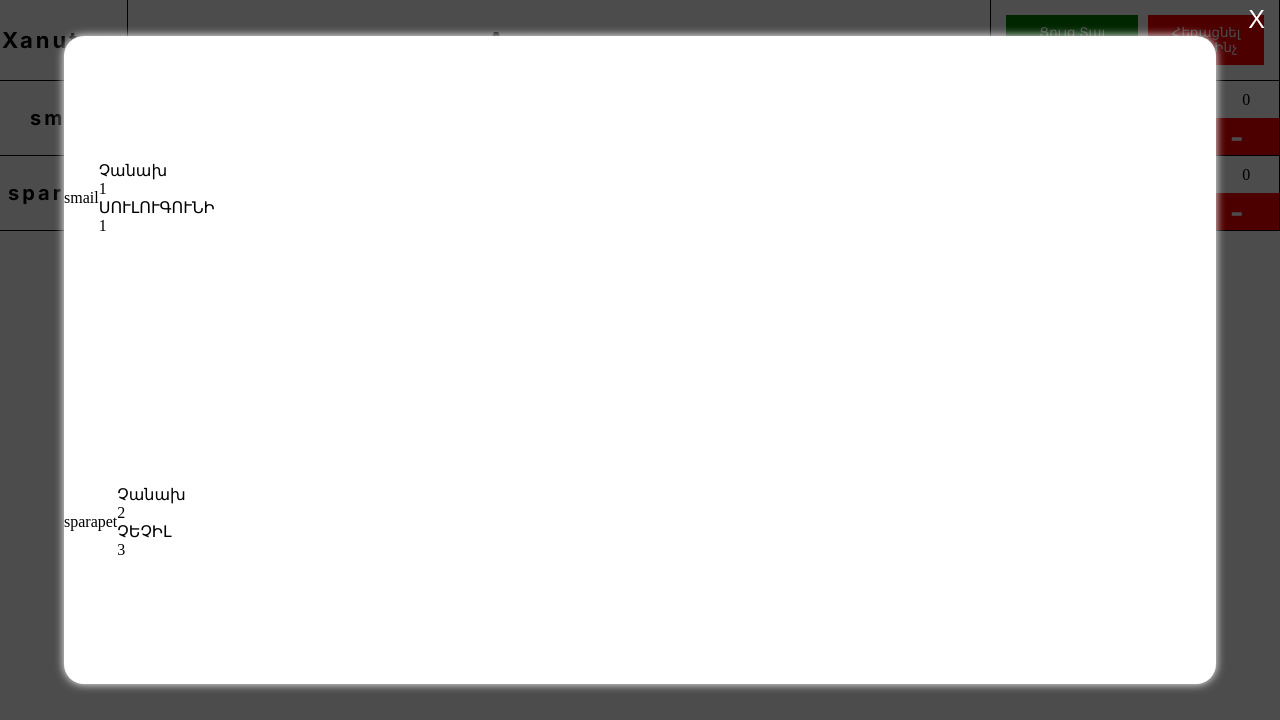
Repository: AbApin/amasia
Page: /
These files come from the project's save history. The page is drawn as it stood at one moment and after the next save; the edit follows.
The browser window is 1280 px wide. The pictures show the whole page.
The project was rebuilt for these pictures with package versions that can differ from the ones it lists, and the page was loaded fresh each time. Also part of the build but not shown: vue.config.js.

Above is the page before, as saved 2023-01-28 17:14:16.

### public/index.html
<!DOCTYPE html>
<html lang="">
  <head>
    <meta charset="utf-8" />
    <meta http-equiv="X-UA-Compatible" content="IE=edge" />
    <meta name="viewport" content="width=device-width,initial-scale=1.0" />
    <link rel="icon" href="<%= BASE_URL %>favicon.ico" />
    <title><%= htmlWebpackPlugin.options.title %></title>
    <link
      href="https://fonts.googleapis.com/css?family=Inter:100,200,300,regular,500,600,700,800,900"
      rel="stylesheet"
    />
  </head>
  <body>
    <noscript>
      <strong
        >We're sorry but <%= htmlWebpackPlugin.options.title %> doesn't work properly without
        JavaScript enabled. Please enable it to continue.</strong
      >
    </noscript>
    <div id="app"></div>
    <!-- built files will be auto injected -->
  </body>
</html>

### src/App.vue
<template>
  <div id="app">
    <div class="header">
      <h2 class="xanutnerTitle">Xanutner</h2>
      <h2 class="apranqnerTitle">Apranqner</h2>
      <div class="cuycTal">
        <button class="cuycTalBtn" @click="isClick = true">ցույց տալ ընդհանուրը</button>
        <button class="heracnelBtn">հեռացնել ամեն ինչ</button>
      </div>
      <div v-show="isClick" class="endhanurQanak">
        <button @click="isClick = false" class="closeBtn">X</button>
        <div class="endhanurQanakInner">
          <ul class="endhanurQanakiList">
            <li
              v-for="xanutiAnun in Object.keys(ZAKAZNER)"
              :key="xanutiAnun"
              class="endhanurQanakiListItem"
            >
              <p class="">{{ xanutiAnun }}</p>
              <ul class="endhanurApranqneriList">
                <li
                  v-for="endhanurApranq in ZAKAZNER[xanutiAnun]"
                  :key="endhanurApranq.anun"
                  class="endhanurApranqneriListItem"
                >
                  <p class="endhanurApranqneriListItemAnun">{{ endhanurApranq.anun }}</p>
                  <p class="endhanurApranqneriListItemQanak">{{ endhanurApranq.qanak }}</p>
                </li>
              </ul>
            </li>
          </ul>
        </div>
      </div>
    </div>
    <div class="content">
      <ul class="contentList">
        <li v-for="xanutiAnun in Object.keys(XANUTNER)" :key="xanutiAnun" class="contentItem">
          <p class="xanutiAnun">{{ xanutiAnun }}</p>
          <ul class="apranqneriList">
            <li
              v-for="(apranq, apranqiHamar) in XANUTNER[xanutiAnun]"
              :key="apranqiHamar"
              class="apranqneriListItem"
            >
              <div class="apranqiText">
                <p class="apranqiAnun">{{ apranq.anun }}</p>
                <p class="apranqiQanak">{{ apranq.qanak }}</p>
              </div>
              <div class="apranqiAvelPakas">
                <button class="plus apranqiBtn" @click="AVELACNEL({ xanutiAnun, apranqiHamar })">
                  +
                </button>
                <button class="minus apranqiBtn" @click="PAKASACNEL({ xanutiAnun, apranqiHamar })">
                  -
                </button>
              </div>
            </li>
          </ul>
        </li>
      </ul>
    </div>
  </div>
</template>

<script>
import { mapGetters, mapMutations } from 'vuex';
export default {
  name: 'App',
  components: {},
  data() {
    return {
      isClick: true,
    };
  },
  mounted() {
    console.log(this.ZAKAZNER);
  },
  methods: {
    ...mapMutations(['AVELACNEL', 'PAKASACNEL']),
  },
  computed: {
    ...mapGetters(['XANUTNER', 'ZAKAZNER']),
  },
};
</script>

<style>
*,
*::after,
*::before {
  margin: 0;
  padding: 0;
  box-sizing: border-box;
}
ul {
  list-style: none;
}
#app {
  display: flex;
  flex-direction: column;
  min-height: 100vh;
}
.header {
  display: flex;
  justify-content: space-between;
  width: 100%;
}
.xanutnerTitle {
  width: 10%;
  display: flex;
  align-items: center;
  justify-content: center;
  font-family: 'Inter';
  font-size: 22px;
  font-weight: 700;
  letter-spacing: 3px;
  padding: 20px 30px;
  border: 1px solid #000;
  border-top: 0;
  border-left: 0;
}
.apranqnerTitle {
  width: 75%;
  display: flex;
  align-items: center;
  justify-content: center;
  font-family: 'Inter';
  font-size: 22px;
  font-weight: 700;
  letter-spacing: 3px;
  padding: 20px 30px;
  border: 1px solid #000;
  border-top: 0;
  border-left: 0;
}
.contentList {
  display: flex;
  flex-direction: column;
}
.contentItem {
  display: flex;
  justify-content: space-between;
}
.xanutiAnun {
  display: flex;
  align-items: center;
  justify-content: center;
  width: 10%;
  font-family: 'Inter';
  font-size: 20px;
  font-weight: 700;
  letter-spacing: 3px;
  word-wrap: break-word;
  padding: 20px 30px;
  border: 1px solid #000;
  border-top: 0;
  border-left: 0;
}
.apranqneriList {
  width: 90%;
  display: flex;
  justify-content: space-between;
}
.apranqneriListItem {
  display: flex;
  flex-direction: column;
  flex: 1 1 0;
  border: 1px solid #000;
  border-top: 0;
  border-left: 0;
}
.apranqiText {
  display: flex;
  justify-content: space-between;
  align-items: center;
  height: 50%;
}
.apranqiAnun {
  font-family: 'Inter';
  font-size: 15px;
  font-weight: 500;
  word-wrap: break-word;
  text-align: center;
  width: 60%;
  border-right: 1px solid #000;
}
.apranqiQanak {
  display: flex;
  justify-content: center;
  align-items: center;
  width: 40%;
}
.apranqiAvelPakas {
  display: flex;
  justify-content: space-between;
  width: 100%;
  height: 50%;
}
.apranqiBtn {
  display: inline-flex;
  justify-content: center;
  align-items: center;
  font-family: 'Inter';
  font-size: 30px;
  font-weight: 700;
  letter-spacing: 3px;
  border: none;
  color: #fff;
  width: 50%;
  cursor: pointer;
}
.plus {
  background: green;
}
.minus {
  background: red;
}
.cuycTal {
  width: 25%;
  display: flex;
  align-items: center;
  justify-content: space-between;
  gap: 10px;
  padding: 15px;
  border: 1px solid #000;
  border-left: 0;
  border-top: 0;
}
.heracnelBtn,
.cuycTalBtn {
  display: inline-block;
  padding: 10px;
  border: none;
  color: #fff;
  text-transform: capitalize;
  cursor: pointer;
  transition: all 0.3s linear;
}
.heracnelBtn {
  background: red;
}
.cuycTalBtn {
  background: green;
}

/* endahnur */
.endhanurQanak {
  display: flex;
  justify-content: center;
  align-items: center;
  position: fixed;
  z-index: 999;
  top: 0;
  left: 0;
  width: 100%;
  height: 100%;
  background-color: rgba(0, 0, 0, 0.7);
}
.endhanurQanakInner {
  width: 90%;
  height: 90%;
  background: #fff;
  box-shadow: 0 0 10px #fff;
  border-radius: 20px;
  overflow: auto;
}
.endhanurQanakiList {
  display: flex;
  flex-direction: column;
  justify-content: space-between;
  height: 100%;
}
.endhanurQanakiListItem {
  display: flex;
  align-items: center;
  flex: 1 1 0;
}
.closeBtn {
  display: inline-block;
  color: #fff;
  font-size: 25px;
  position: absolute;
  right: 15px;
  top: 5px;
  background: transparent;
  border: none;
  cursor: pointer;
}
</style>

### src/store/index.js
import Vuex from 'vuex';
import Vue from 'vue';

Vue.use(Vuex);

const store = new Vuex.Store({
  state: {
    xanutner: {
      smail: [
        { anun: 'ԼՈՌԻ', qanak: 0 },
        { anun: 'Չանախ', qanak: 1 },
        { anun: 'ՉԵՉԻԼ', qanak: 0 },
        { anun: 'ՍՈՒԼՈՒԳՈՒՆԻ', qanak: 1 },
        { anun: 'lori', qanak: 0 },
        { anun: 'chanax', qanak: 0 },
        { anun: 'ԿԱՐԱԳ', qanak: 0 },
      ],
      sparapet: [
        { anun: 'ԼՈՌԻ', qanak: 0 },
        { anun: 'Չանախ', qanak: 2 },
        { anun: 'ՉԵՉԻԼ', qanak: 3 },
        { anun: 'ՍՈՒԼՈՒԳՈՒՆԻ', qanak: 0 },
        { anun: 'lori', qanak: 0 },
        { anun: 'chanax', qanak: 0 },
        { anun: 'ԿԱՐԱԳ', qanak: 0 },
      ],
    },
  },
  mutations: {
    AVELACNEL(state, payload) {
      state.xanutner[payload.xanutiAnun][payload.apranqiHamar].qanak += 1;
    },
    PAKASACNEL(state, payload) {
      let qanak = state.xanutner[payload.xanutiAnun][payload.apranqiHamar].qanak;
      console.log(qanak);
      if (qanak >= 1) {
        state.xanutner[payload.xanutiAnun][payload.apranqiHamar].qanak -= 1;
      }
    },
  },
  getters: {
    XANUTNER(state) {
      return state.xanutner;
    },
    ZAKAZNER(state) {
      let zakazner = {};
      Object.keys(state.xanutner).forEach((xanut) => {
        zakazner[xanut] = state.xanutner[xanut].filter(function (el) {
          return el.qanak > 0;
        });
        if (zakazner[xanut].length === 0) {
          delete zakazner[xanut];
        }
      });

      return zakazner;
    },
  },
});

export default store;

Loaded but not shown: src/main.js (common file)

After the next save:
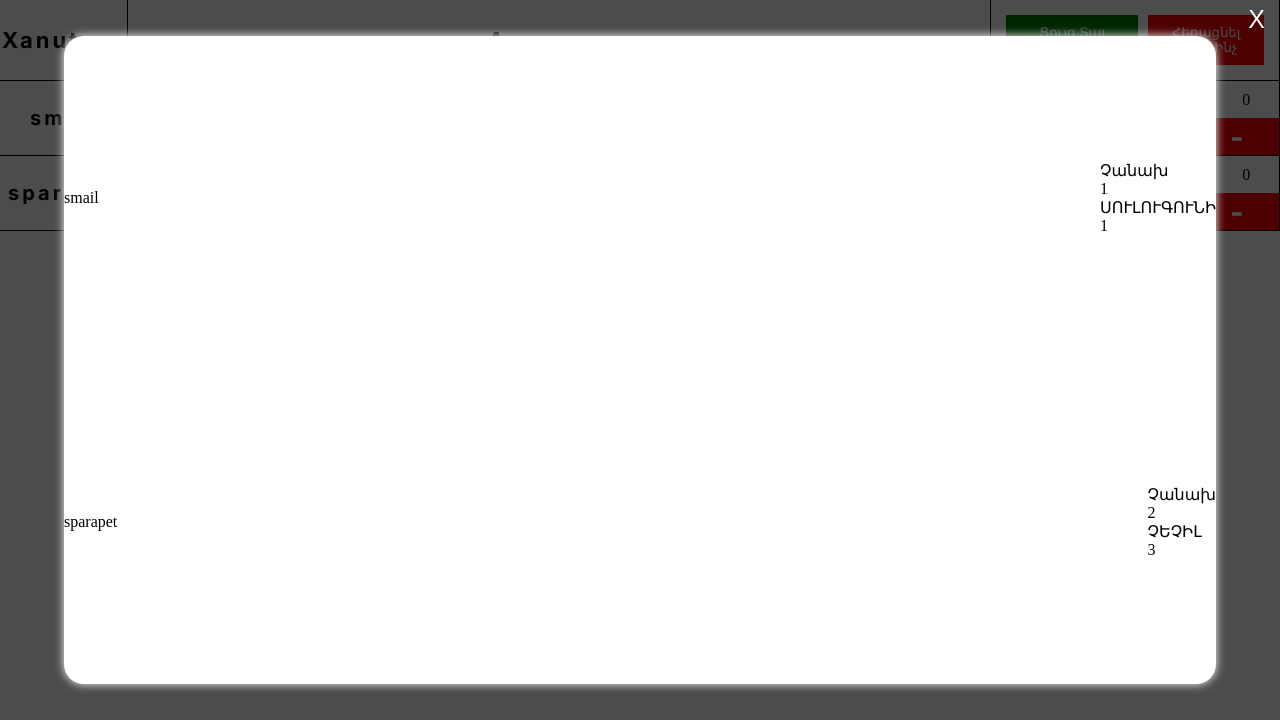
Saved 8 s later.
--- a/src/App.vue
+++ b/src/App.vue
@@ -16,7 +16,7 @@
               :key="xanutiAnun"
               class="endhanurQanakiListItem"
             >
-              <p class="">{{ xanutiAnun }}</p>
+              <p class="endhanurQanakiListItem">{{ xanutiAnun }}</p>
               <ul class="endhanurApranqneriList">
                 <li
                   v-for="endhanurApranq in ZAKAZNER[xanutiAnun]"

After the 2 saves that followed:
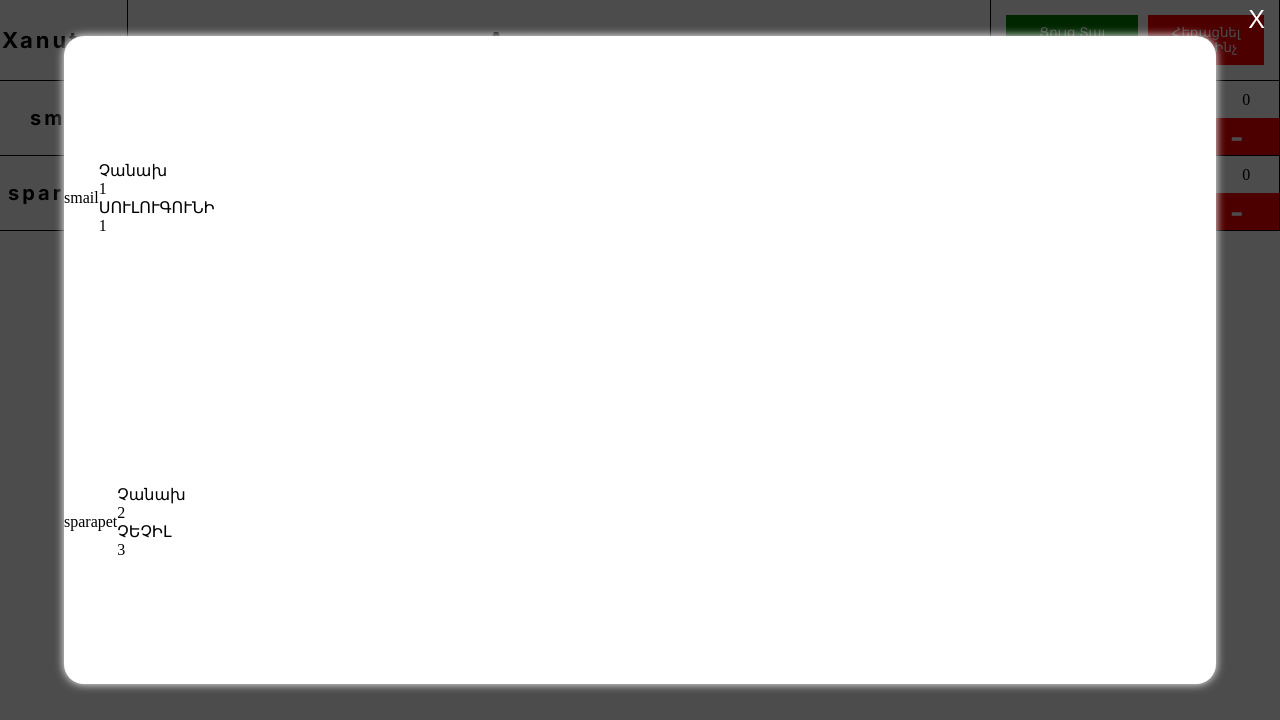
The 2 saves are shown as one change because they came seconds apart.
The last was saved 6 s later.
--- a/src/App.vue
+++ b/src/App.vue
@@ -16,7 +16,7 @@
               :key="xanutiAnun"
               class="endhanurQanakiListItem"
             >
-              <p class="endhanurQanakiListItem">{{ xanutiAnun }}</p>
+              <p class="endhanurQanakiListItemXanutiAnun">{{ xanutiAnun }}</p>
               <ul class="endhanurApranqneriList">
                 <li
                   v-for="endhanurApranq in ZAKAZNER[xanutiAnun]"
